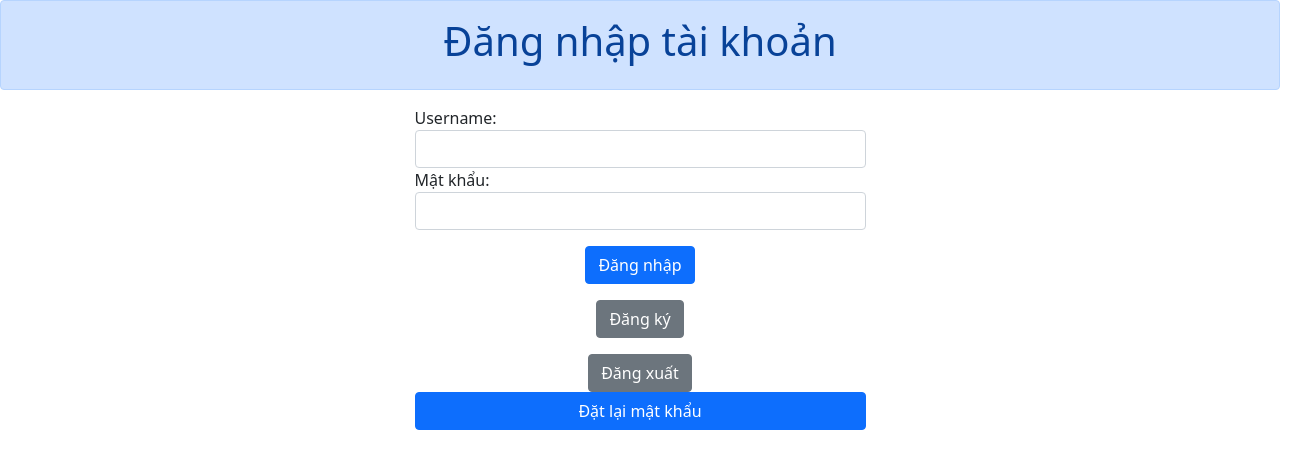
Repository: Carwyn1101/NguyenDinhHongPhuc_22133041
Page: http://localhost/LapTrinhWeb/views/login.jsp
The author's editor kept a copy of each file at every save. The page is drawn from the files as they stood at one save, then again after the next save.
The browser window is 1280 px wide. The page is 1292 px wide, so the pictures cover 1292 px, including what lies to the right of the window. The pictures show the whole page.
The page is served by Tomcat 10. Nobody is signed in. The application's start-up code is not run.

Above is the page before, as saved 2024-09-15 14:00:14.

After the next save:
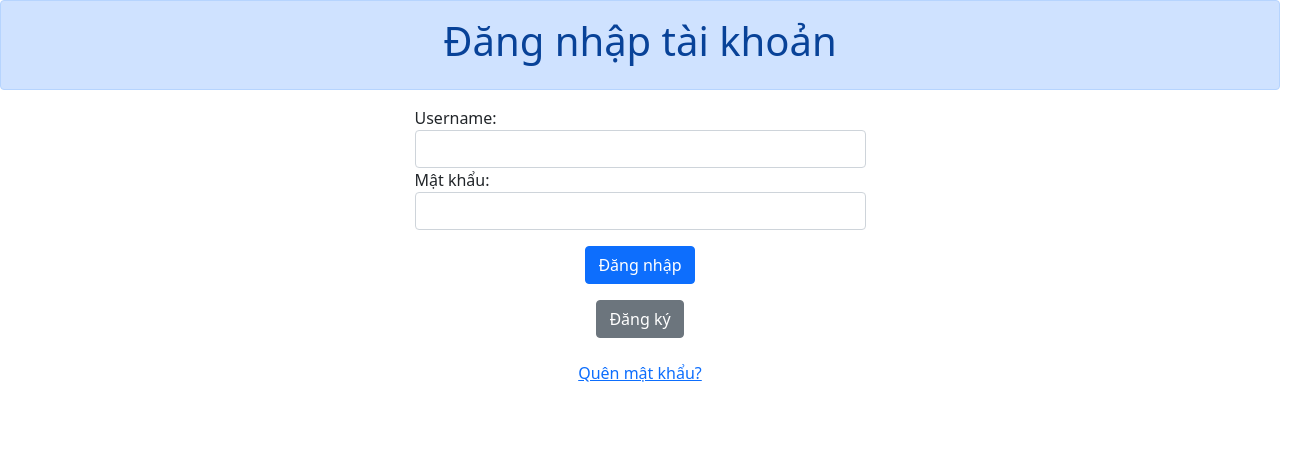
Saved 27 s later.
--- a/LapTrinhWeb/src/main/webapp/views/login.jsp
+++ b/LapTrinhWeb/src/main/webapp/views/login.jsp
@@ -1,5 +1,4 @@
-<%@ page language="java" contentType="text/html; charset=UTF-8"
-	pageEncoding="UTF-8"%>
+<%@ page language="java" contentType="text/html; charset=UTF-8" pageEncoding="UTF-8"%>
 <%@ taglib prefix="c" uri="http://java.sun.com/jsp/jstl/core" %>
 <!DOCTYPE html>
 <html>
@@ -7,52 +6,50 @@
 <meta charset="UTF-8">
 <meta name="viewport" content="width=device-width, initial-scale=1">
 <!-- Bootstrap CSS -->
-<link
-	href="https://cdn.jsdelivr.net/npm/bootstrap@5.0.2/dist/css/
-bootstrap.min.css"
-	rel="stylesheet">
+<link href="https://cdn.jsdelivr.net/npm/bootstrap@5.0.2/dist/css/bootstrap.min.css" rel="stylesheet">
 <title>Đăng nhập tài khoản</title>
 </head>
 <body>
-	<header class="row">
-		<div class="col">
-			<div class="alert alert-primary col" align="center" >
-				<h1>Đăng nhập tài khoản</h1>
-			</div>
-		</div>
-	</header>
-	<div class="container">
-		<div class="row justify-content-center">
-			<div class="col-12 col-md-5">
-				<form action="login" method="post">
-							<c:if test="${alert != null}">
-								<label class="alert alert-danger">${alert}</label>
-							</c:if>
-					<div class="form-group">
-						<label for="username">Username:</label> <input type="text" id="username"
-							name="username" class="form-control" />
-					</div>
-					<div class="form-group">
-						<label for="password">Mật khẩu: </label> <input type="password"
-							id="password" name="password" class="form-control" />
-					</div>
-					<div class="form-group mt-3" align="center">
-						<button type="submit" class="btn btn-primary">Đăng nhập</button>
-					</div>
-					<div class="form-group mt-3" align="center">
-						<!-- Button chuyển hướng tới trang đăng ký -->
-						<button type="button" class="btn btn-secondary" onclick="window.location.href='views/register.jsp'">Đăng ký</button>
-					</div>
-					<div class="form-group mt-3" align="center">
-						<!-- Button logout -->
-						<button type="button" class="btn btn-secondary" >Đăng xuất</button>
-					</div>
-					<div class="d-grid">
-                        <button type="submit" class="btn btn-primary">Đặt lại mật khẩu</button>
+    <header class="row">
+        <div class="col">
+            <div class="alert alert-primary col" align="center">
+                <h1>Đăng nhập tài khoản</h1>
+            </div>
+        </div>
+    </header>
+
+    <div class="container">
+        <div class="row justify-content-center">
+            <div class="col-12 col-md-5">
+                <form action="${pageContext.request.contextPath}/login" method="post">
+                    <c:if test="${alert != null}">
+                        <label class="alert alert-danger">${alert}</label>
+                    </c:if>
+
+                    <div class="form-group">
+                        <label for="username">Username:</label>
+                        <input type="text" id="username" name="username" class="form-control" />
                     </div>
-				</form>
-			</div>
-		</div>
-	</div>
+
+                    <div class="form-group">
+                        <label for="password">Mật khẩu: </label>
+                        <input type="password" id="password" name="password" class="form-control" />
+                    </div>
+
+                    <div class="form-group mt-3" align="center">
+                        <button type="submit" class="btn btn-primary">Đăng nhập</button>
+                    </div>
+
+                    <div class="form-group mt-3" align="center">
+                        <button type="button" class="btn btn-secondary" onclick="window.location.href='${pageContext.request.contextPath}/register'">Đăng ký</button>
+                    </div>
+
+                    <div class="form-group mt-3" align="center">
+                        <a href="${pageContext.request.contextPath}/forget-password" class="btn btn-link">Quên mật khẩu?</a>
+                    </div>
+                </form>
+            </div>
+        </div>
+    </div>
 </body>
 </html>
